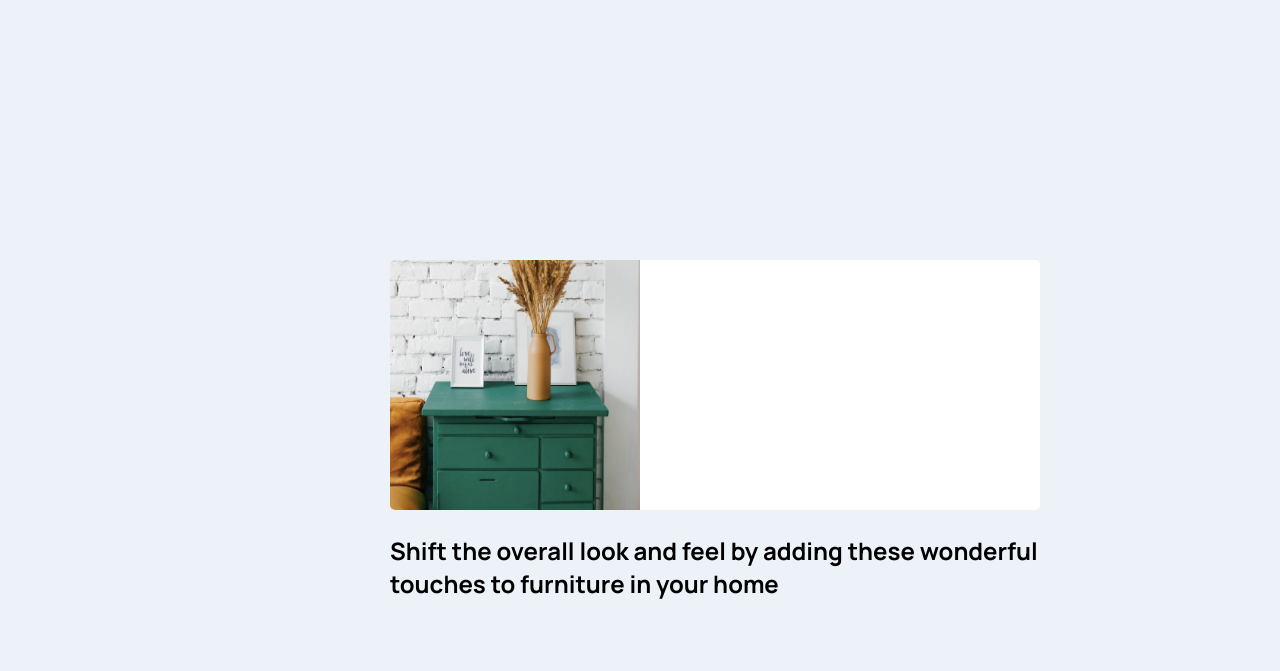
Repository: ricky603/training-css
Page: article-preview-component-master/index.html
These files come from the project's save history. The page is drawn as it stood at one moment and after the next save; the edit follows.
The browser window is 1280 px wide. The pictures show the whole page.

Above is the page before, as saved 2020-09-09 08:12:59.

### article-preview-component-master/index.html
<!DOCTYPE html>
<html lang="en">

<head>
    <meta charset="UTF-8">
    <meta name="viewport" content="width=device-width, initial-scale=1.0">
    <!-- displays site properly based on user's device -->

    <link rel="icon" type="image/png" sizes="32x32" href="./images/favicon-32x32.png">
    <link rel="stylesheet" href="./styles.css">
    <link href="https://fonts.googleapis.com/css2?family=Manrope:wght@500;700&display=swap" rel="stylesheet">

    <title>Frontend Mentor | Article preview component</title>

    <!-- Feel free to remove these styles or customise in your own stylesheet 👍 -->
</head>

<body>
    <div class="article">
        <div id="image">
            <img src="./images/drawers.jpg" class="drawer">
        </div>

        <div class="post">
            <div class="head">
                <h2>Shift the overall look and feel by adding these wonderful touches to furniture in your home</h2>
            </div>
        </div>
    </div>


</body>

</html>

<!--

  Ever been in a room and felt like something was missing? Perhaps
  it felt slightly bare and uninviting. I’ve got some simple tips
  to help you make any room feel complete.

  Michelle Appleton
  28 Jun 2020

  Share -->

### article-preview-component-master/styles.css
body {
    background-color: hsl(210, 46%, 95%);
}

h2 {
    font-family: 'Manrope';
    font-weight: 700;
}

#image {
    display: inline-block;
}

.post {
    width: 400;
}

.head {
    display: inline-block;
}

.article {
    position: fixed;
    width: 650px;
    height: 250px;
    background-color: white;
    margin: auto;
    top: 50%;
    left: 50%;
    margin-top: -100px;
    margin-left: -250px;
    border-radius: 5px;
}

.drawer {
    width: 250px;
    height: 250px;
    border-radius: 5px 0 0 5px;
}

.attribution {
    font-size: 11px;
    text-align: center;
}

.attribution a {
    color: hsl(228, 45%, 44%);
}

After the next save:
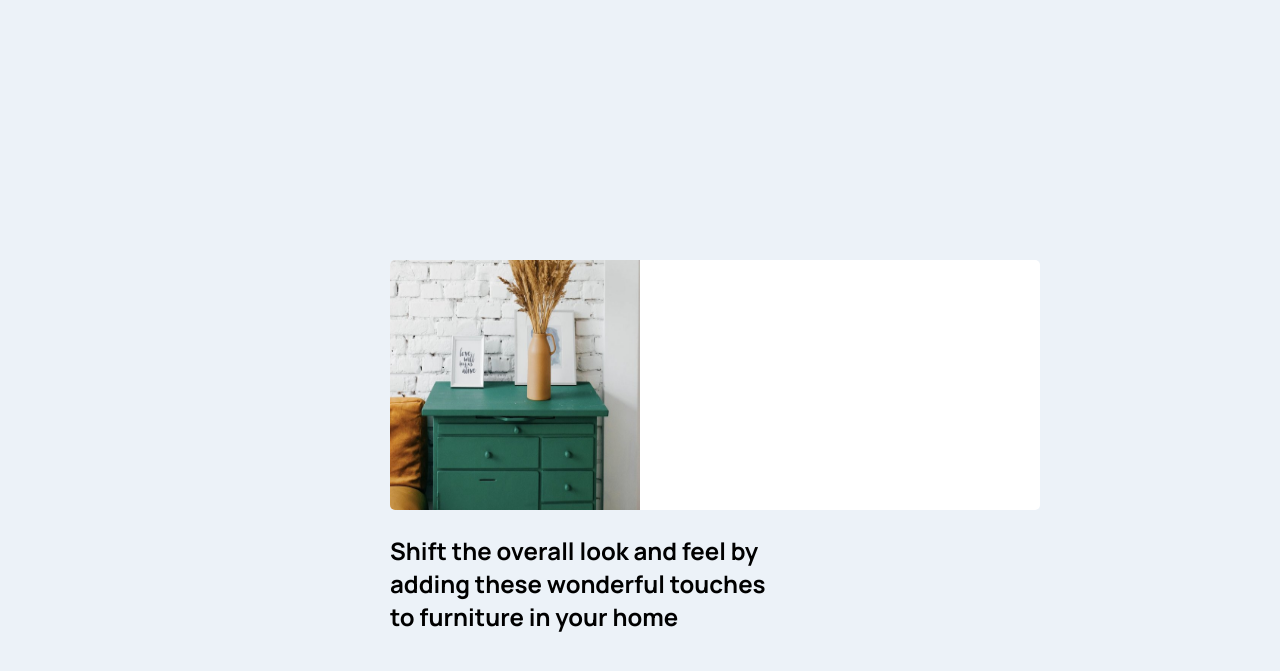
Saved 6 s later.
--- a/article-preview-component-master/styles.css
+++ b/article-preview-component-master/styles.css
@@ -12,7 +12,7 @@ h2 {
 }
 
 .post {
-    width: 400;
+    width: 400px;
 }
 
 .head {
